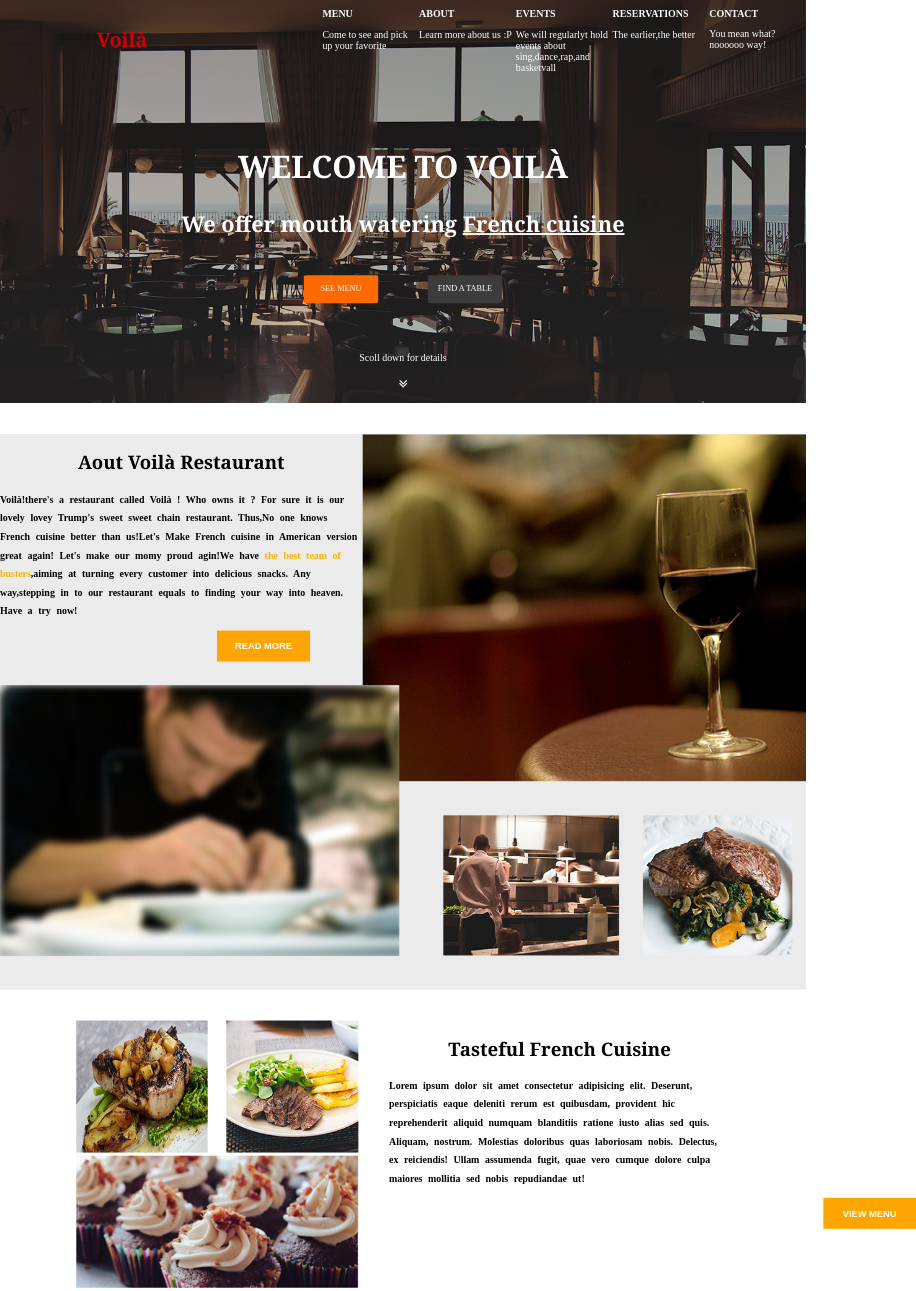
Repository: sis-shen/HTML_vsc
Page: adc_v2/index.html
An editor plug-in stored every save of this project. The page is shown before and after the next save, followed by the edit.
The browser window is 1280 px wide. The page is 1478 px wide, then 1300 px, so the pictures cover 1478 px, including what lies to the right of the window. The pictures show the whole page, at 62% of full size.

Above is the page before, as saved 2023-08-17 09:54:57.

After the next save:
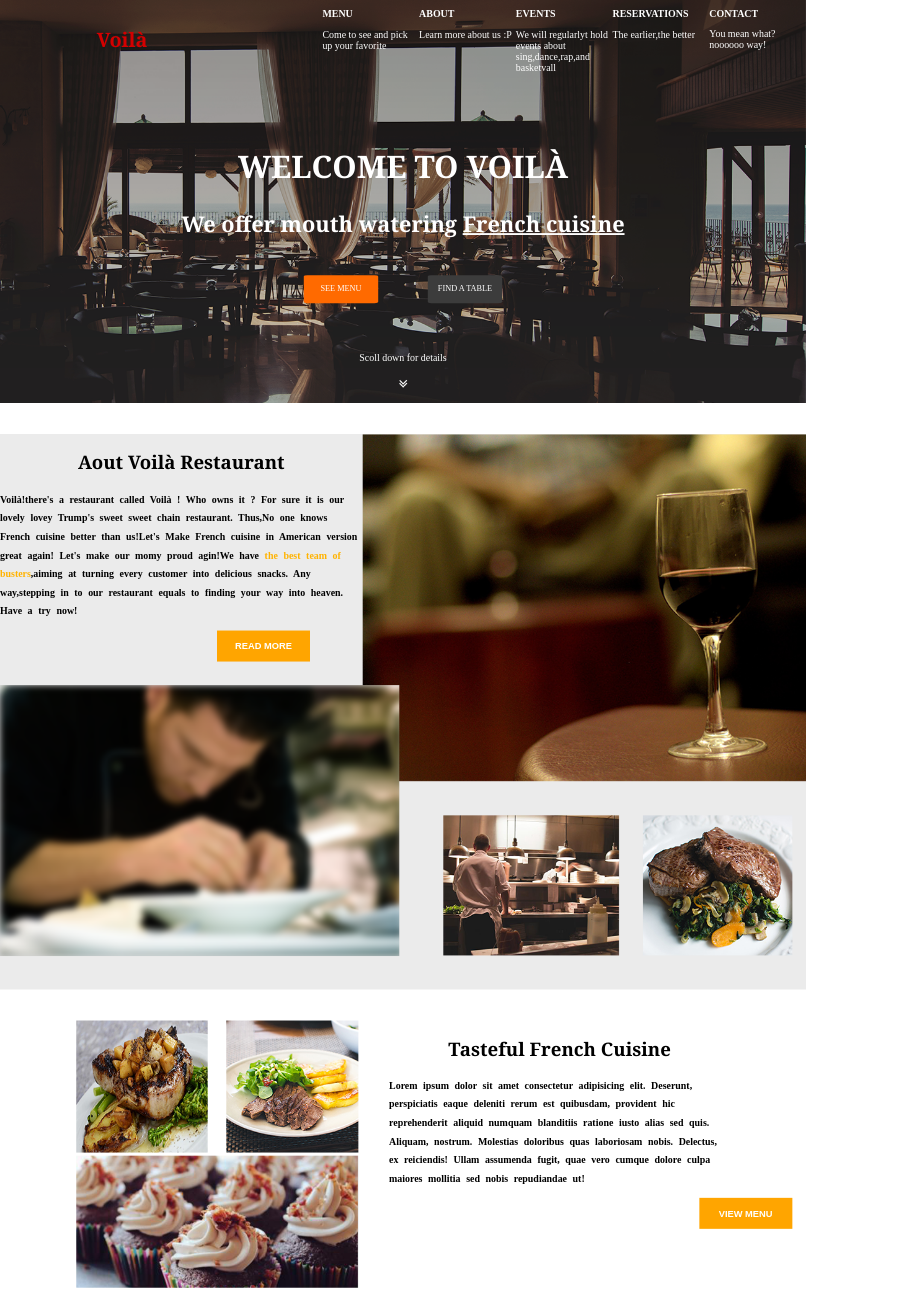
Saved 4 s later.
--- a/adc_v2/style.css
+++ b/adc_v2/style.css
@@ -301,5 +301,5 @@ body {
 }
 
 #b2{
-    margin-left: 700px;
-}
+    margin-left: 500px;
+}
